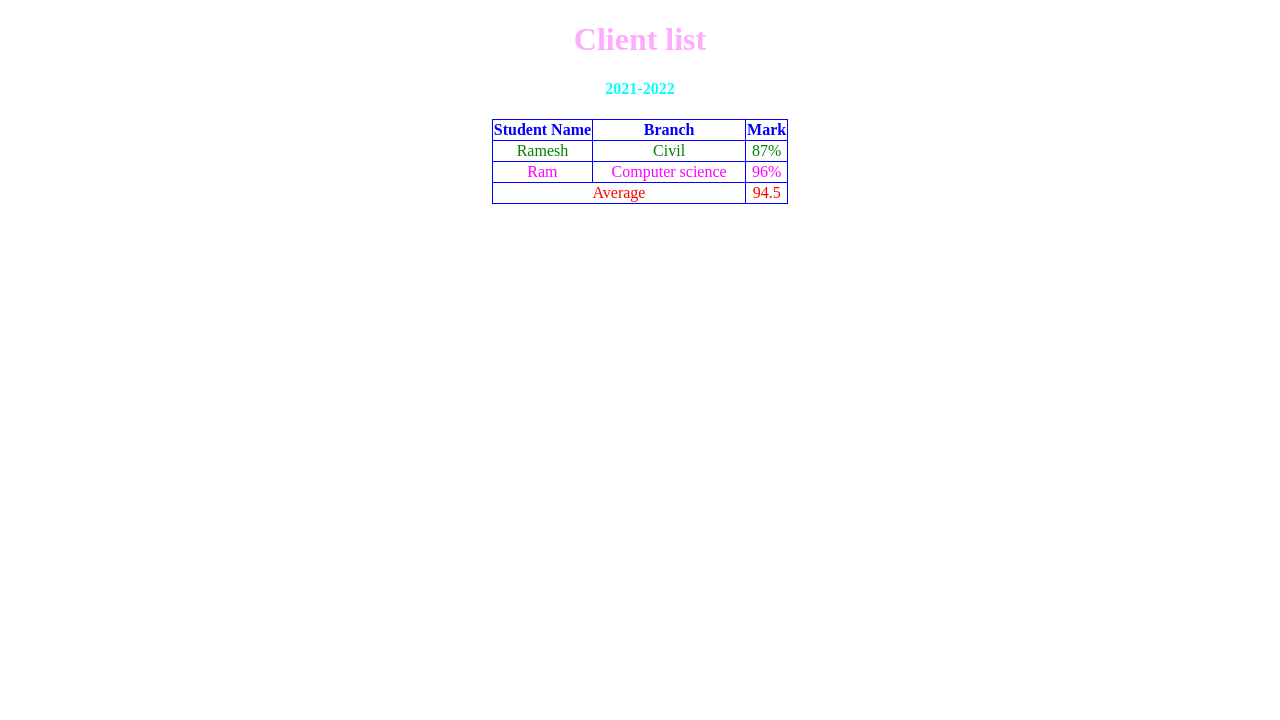
Repository: Balamurugan1914/crud_operation_without_db
Page: http://localhost/html_example/client.html
These files come from the project's save history. The page is drawn as it stood at one moment and after the next save; the edit follows.
The browser window is 1280 px wide. The pictures show the whole page.
The page is served by Tomcat 9.

Above is the page before, as saved 2022-06-22 12:37:57.

### html_example/src/main/webapp/client.html
<!DOCTYPE html>
<html>
<head>
<meta charset="UTF-8">
<title>Client List</title>



<link href="style/mycssfilestyle.css" type="text/css" rel="stylesheet">
<style type="text/css">
h1 {

	color: #ffAAff;
}
</style>
</head>
<body class="background">

<h1 class="centerText" >Client list</h1>
<h4 class="centerText">2021-2022</h4>

<table  border="1" >
	<thead align="center">
		<tr class="Light" >
			<th>Student Name</th>
			<th style="width: 150px">Branch</th>
			<th>Mark</th>
		</tr>
	</thead>
	<tbody align="center">
		<tr class="medium">
			<td>Ramesh</td>
			<td>Civil</td>
			<td>87%</td>
		</tr>
		<tr class="medium1">
			<td>Ram</td>
			<td>Computer science</td>
			<td>96%</td>
		</tr>
	</tbody>
	<tfoot align="center">
		<tr class="dark">
			<td colspan="2" class="centerText">Average</td>
			<td>94.5</td>
		</tr>
	</tfoot>
</table>

</body>
</html>

### html_example/src/main/webapp/style/mycssfilestyle.css
@charset "UTF-8";

h4{
	text-align: center;
	color: cyan;
	}

	.centerText{
	text-align: center;

	}

	.Light{

	color: blue

	}

	.medium{

	color: green

	}
	.medium1{

	color: magenta

	}
	.dark{

	color: red

	}

	table{

	border: 1px solid blue;
	border-collapse: collapse;
	margin-left: auto;
	margin-right: auto;

	}

	th,tr,td{

	border: 1px solid blue;

	}

	.background{

	background-image: uri("../images/show.jpeg");


	}

After the next save:
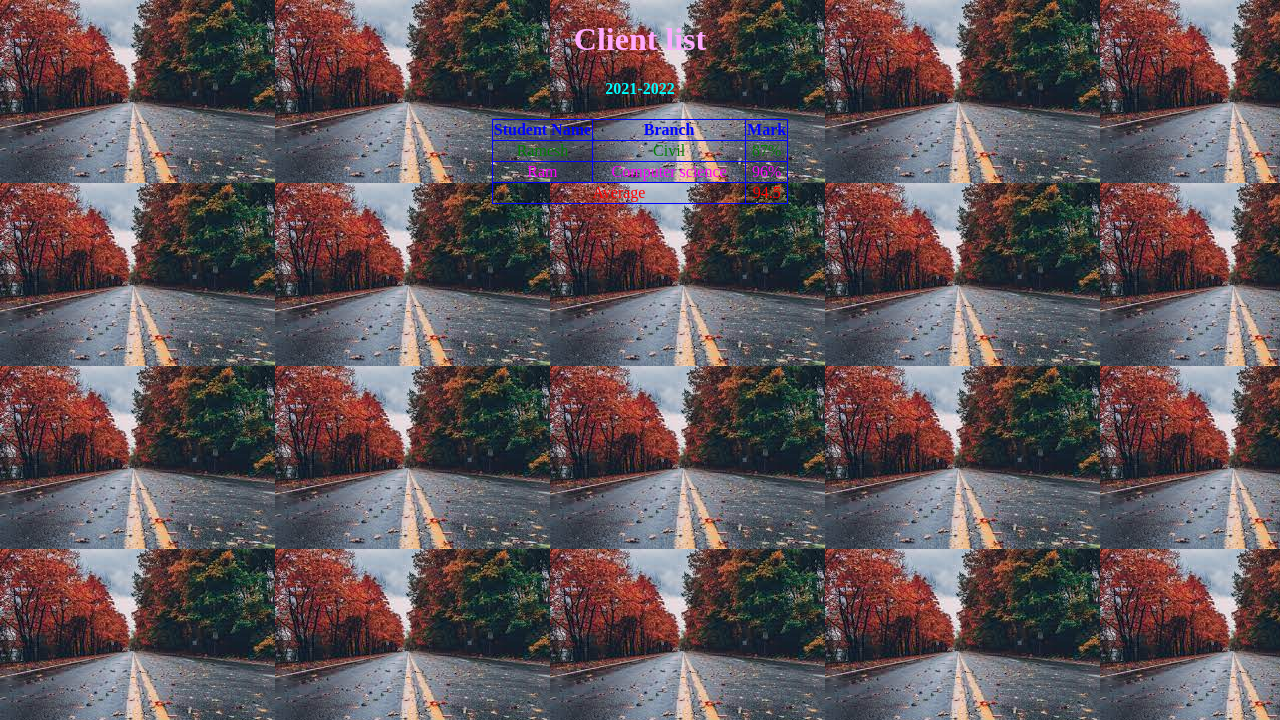
Saved 80 s later.
--- a/html_example/src/main/webapp/style/mycssfilestyle.css
+++ b/html_example/src/main/webapp/style/mycssfilestyle.css
@@ -49,7 +49,7 @@
 
 	.background{
 
-	background-image: uri("../images/show.jpeg");
+	background-image: url("../images/show.jpeg");
 
 
 	}
